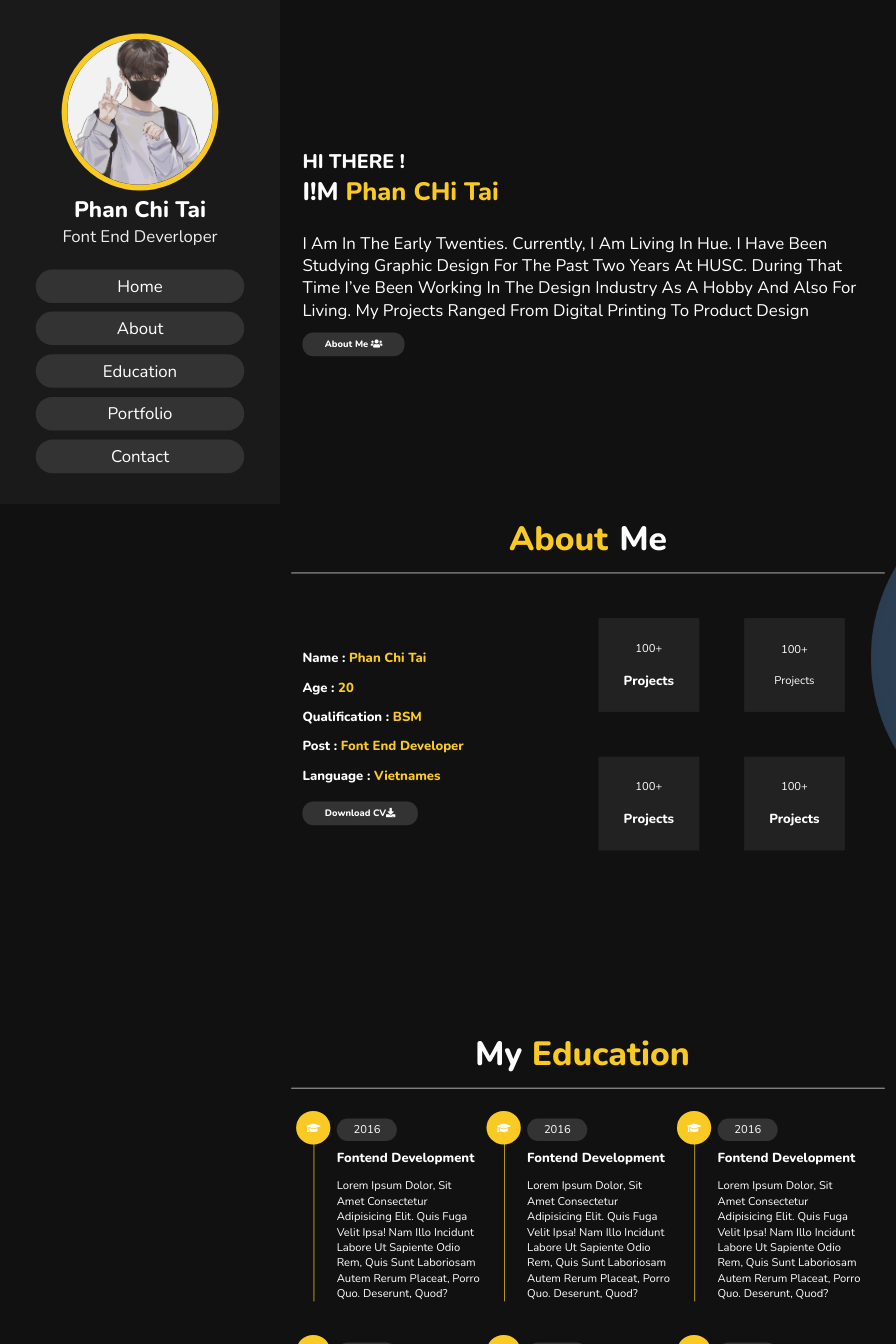
Repository: PCTai/My-profile
Page: index.html
An editor plug-in stored every save of this project. The page is shown before and after the next save, followed by the edit.
The browser window is 1280 px wide. The pictures show the part of the page from y = 0 to 1920 px (the page is 2979 px tall), at 70% of full size.

Above is the page before, as saved 2022-01-13 08:04:29.

### index.html
<!DOCTYPE html>
<html lang="en">
<head>
    <meta charset="UTF-8">
    <meta http-equiv="X-UA-Compatible" content="IE=edge">
    <meta name="viewport" content="width=device-width, initial-scale=1.0">
    <link rel="preconnect" href="https://fonts.googleapis.com">
    <link rel="preconnect" href="https://fonts.gstatic.com" crossorigin>
    <link href="https://fonts.googleapis.com/css2?family=Nunito:ital,wght@0,400;0,600;0,800;1,200;1,300&display=swap" rel="stylesheet">
    <link rel="stylesheet" href="./assets/font/fontawesome-free-5.15.3-web/css/all.css">

    <link rel="stylesheet" href="./assets/css/style.css">
    <link rel="stylesheet" href="./assets/css/reponsive.css">
    <title>Document</title>
</head>
<body>
    <span class="bg-layer"> </span>
    <!-- Header start -->
    <header>
        <div class="user">
            <img src="./assets/imgs/user.jpg" alt="">
            <h3 class="name">Phan Chi Tai</h3>
            <div class="post">Font End Deverloper</div>
        </div>
        <div class="navbar">
            <ul>
                <li><a href="#home">home</a></li>
                <li><a href="#about">About</a></li>
                <li><a href="#education">Education</a></li>
                <li><a href="#portfolio">Portfolio</a></li>
                <li><a href="#contact">Contact</a></li>
            </ul>
        </div>
    </header>
    <!-- Header end -->
    <div id="menu"class="fas fa-bars">
    </div>
    <!-- start home -->
    <section id="home" class="home">

        <h3>HI THERE !</h3>
        <h1>I!M <span>Phan CHi Tai</span></h1>
        <p>I am in the early twenties. Currently, I am living in Hue. I have been studying graphic design for the past two years at  HUSC. During that time I’ve been working in the design industry as a hobby and also for living. My projects ranged from digital printing to product design</p>
        <a href="#about"> <button class="btn">About me <i class="fas fa-users"></i></button></a>


    </section>
    <!-- end home -->
    <!-- start about -->
    <section id="about" class="about">
        <div class="heading"><h1><span>About</span>Me</h1></div>
        <div class="row">
            <div class="info">
                <h3>Name : <span>Phan Chi Tai</span></h3>
                <h3>Age : <span>20</span></h3>
                <h3>Qualification : <span>BSM</span></h3>
                <h3>Post : <span>Font End Developer</span></h3>
                <h3>Language : <span>Vietnames</span></h3>
                <a href="#about"> <button class="btn">Download CV<i class="fas fa-download"></i></button></a>
            </div>
            <div class="counter">
                <div class="box">
                    <span>100+</span>
                    <br>
                    <h3>projects</h3>
                </div>
                <div class="box">
                    <span>100+</span>
                    <br>
                    <p>projects</p>
                </div>
                <div class="box">
                    <span>100+</span>
                    <br>
                    <h3>projects</h3>
                </div>
                <div class="box">
                    <span>100+</span>
                    <br>
                    <h3>projects</h3>
                </div>
            </div>
        </div>
    </section>

    <!-- end about -->
    <!-- start education -->
    <section id="education" class="education">
        <div class="heading"><h1 >My <span>Education</span></h1></div>
        <div class="container-box">
            <div class="box-e">
                <i class="fas fa-graduation-cap"></i>
                <span>2016</span>
                <h3>Fontend development</h3>
                <p>Lorem ipsum dolor, sit amet consectetur adipisicing elit. Quis fuga velit ipsa! Nam illo incidunt labore ut sapiente odio rem, quis sunt laboriosam autem rerum placeat, porro quo. Deserunt, quod?</p>
            </div>
            <div class="box-e">
                <i class="fas fa-graduation-cap"></i>
                <span>2016</span>
                <h3>Fontend development</h3>
                <p>Lorem ipsum dolor, sit amet consectetur adipisicing elit. Quis fuga velit ipsa! Nam illo incidunt labore ut sapiente odio rem, quis sunt laboriosam autem rerum placeat, porro quo. Deserunt, quod?</p>
            </div>
            <div class="box-e">
                <i class="fas fa-graduation-cap"></i>
                <span>2016</span>
                <h3>Fontend development</h3>
                <p>Lorem ipsum dolor, sit amet consectetur adipisicing elit. Quis fuga velit ipsa! Nam illo incidunt labore ut sapiente odio rem, quis sunt laboriosam autem rerum placeat, porro quo. Deserunt, quod?</p>
            </div>
            <div class="box-e">
                <i class="fas fa-graduation-cap"></i>
                <span>2016</span>
                <h3>Fontend development</h3>
                <p>Lorem ipsum dolor, sit amet consectetur adipisicing elit. Quis fuga velit ipsa! Nam illo incidunt labore ut sapiente odio rem, quis sunt laboriosam autem rerum placeat, porro quo. Deserunt, quod?</p>
            </div>
            <div class="box-e">
                <i class="fas fa-graduation-cap"></i>
                <span>2016</span>
                <h3>Fontend development</h3>
                <p>Lorem ipsum dolor, sit amet consectetur adipisicing elit. Quis fuga velit ipsa! Nam illo incidunt labore ut sapiente odio rem, quis sunt laboriosam autem rerum placeat, porro quo. Deserunt, quod?</p>
            </div>
            <div class="box-e">
                <i class="fas fa-graduation-cap"></i>
                <span>2016</span>
                <h3>Fontend development</h3>
                <p>Lorem ipsum dolor, sit amet consectetur adipisicing elit. Quis fuga velit ipsa! Nam illo incidunt labore ut sapiente odio rem, quis sunt laboriosam autem rerum placeat, porro quo. Deserunt, quod?</p>
            </div>

        </div>
    </section>
    <!-- end education -->

    <!-- start portfolio -->
    <section id="portfolio" class="portfolio">
        <div class="heading"><h1 >My <span>Portfolio</span></h1></div>
        <div class="container-box">
            <div class="box-p">
                <img src="./assets/imgs/image1.jfif" alt="">
            </div>
            <div class="box-p">
                <img src="./assets/imgs/image2.jfif" alt="">
            </div>
            <div class="box-p">
                <img src="./assets/imgs/image3.png" alt="">
            </div>
            <div class="box-p">
                <img src="./assets/imgs/image4.png" alt="">
            </div>
            <div class="box-p">
                <img src="./assets/imgs/image5.jfif" alt="">
            </div>
            <div class="box-p">
                <img src="./assets/imgs/image6.jfif" alt="">
            </div>
        </div>
    </section>
    <!-- end portfolio -->

    <!-- scrolltop button -->
    <a href="#home" class="top-cr">
        <img src="./assets/imgs/roclet.png" alt="">
    </a>
    <script src="./app.js"></script>
</body>
</html>

### assets/css/style.css
:root{
    --yellow: #f9ca24;
}
*{
    font-family: 'Nunito', sans-serif;
    margin: 0;padding: 0;
    box-sizing: border-box;
    text-decoration: none;
    outline: none;border: none;
    text-transform: capitalize;
    transition: all .2s linear;
}
html{
    font-size: 62,5%;
    overflow: hidden;
    overscroll-behavior-y: auto;
    overflow: auto;
}
::selection{
    background-color: var(--yellow);
    color: #333;

}

html::-webkit-scrollbar{
    width: 1.4rem;
}
html::-webkit-scrollbar-track{
    background-color: #333;
}
html::-webkit-scrollbar-thumb{
    background-color: var(--yellow);
}
body{
    padding-left: 25rem;
    background: #111;
}
header{
    position: fixed;
    top: 0;
    left: 0;
    z-index: 1000;
    height: 100%;
    display: flex;
    flex-direction: column;
    justify-content: center;
    align-items: center;
    width: 25rem;
    background-color: #1a1a1a;
}

.user img{
    margin-top: 2rem;
    height: 14rem;
    width: 14rem;
    border-radius: 50%;
    object-fit: cover;
    border: 0.5rem solid var(--yellow);

}
header .user .name{
    text-align: center;
    font-size: 2rem;
    color: #fff;
}
header .user .post{
    text-align: center;
    font-size: 1.5rem;
    color: #eee;
}
header .navbar ul{
    margin-top: 1rem;
    list-style: none;
    padding: 1rem 3rem;
}
header .navbar ul li a:hover{
    background-color: var(--yellow);
}
header .navbar ul li a{
    display: block;
    padding: 0.5rem 6rem;
   margin-bottom: 0.8rem;
   background-color: #333;
   color: #fff;
   font-size: 1.5rem;
   border-radius: 5rem;
   text-align: center;
   cursor: pointer;
}
#menu:hover{
    color: var(--yellow);
}


#menu{
    position: fixed;
    z-index: 1000;
    top: 1rem;
    right: 1rem;
    color: #fff;
    padding: 1rem;
    background-color: #222;
    font-size: 2rem;
    cursor: pointer;
}
section{
    min-height: 100vh;
    padding: 1rem;
}
/* home */
.home{
    font-size: 1.5rem;
    color: #fff;
    display: flex;
    flex-direction: column;
    padding: 0 2rem;
    justify-content: center;
}
.btn:hover{
    background-color: var(--yellow);
    cursor: pointer;
}
.btn{
    padding: 0.5rem 2rem;
    border-radius: 1rem;
    margin-top: 1rem;
    font-weight: bold;
    background-color: #333;
    color: #fff;
}
.home span{
    color: var(--yellow);
    margin-bottom: 2rem;

}
.home h1{
    margin-bottom: 2rem;

}
/* about */
.about , .education,.portfolio{
    color: #fff;

}
.heading{
    font-size: 2rem;
    text-align: center;
    padding: 1rem;
    border-bottom: 0.1rem solid #eee;

}
.heading span{
    color: var(--yellow);
    padding-right: 1rem;
}
.info{
    flex: 1 1 45%;
    padding: 1rem;
    padding-left: 1rem;

}
.info span{
    color: var(--yellow);
}
.info h3{
    padding: 0.5rem 0;
}
.row{
    margin-top: 2rem;
    display: flex;
    justify-content: center;
    align-items: center;
    flex-wrap: wrap;

}
.counter{
    flex:1 1 55%;
    width: 55%;
    justify-content: center;
    display: flex;
    flex-wrap: wrap;

}
.box{
    background-color: #222;
    width: 7.5rem;
    padding: 2rem 0;
    text-align: center;
    margin: 0.5rem;
    display: flex;
    flex-direction: column;
    align-items: center;
    justify-content: center;

}

/* education */
.container-box{
    padding-left: 2rem;
    margin-top: 3rem;
    display: flex;
    flex-wrap: wrap;

}
.box-e{
    flex:33.33%;
    border-left: 0.1rem solid var(--yellow);
    padding: 0 2rem;
    margin-bottom: 4rem;
    position: relative;
}
.box-e span{
    height: 1rem;
    padding:  0.3rem 1.5rem;
    background-color: #333;
    border-radius: 3rem;
}
.box-e h3{
    margin: 1rem 0;
}
.box-e i{
    position: absolute;
    left: -1.6rem;
    top: -1rem;
    padding: 1rem 0.9rem;
    border-radius: 50%;
    background-color: var(--yellow);
    text-align: center;

}
/* portfolio */
.box-p{
    flex:33.33%;
    padding: 0 2rem;

}
.box-p img{
    width: 100%;
    height: 80%;
    border-radius: 1rem;
}
/* contact */
/* scroll top */
.top-cr{
    position: fixed;
    bottom: 1rem;
    right: 1rem;
    width: 20px;
    height: 20px;
    z-index: 1;
}

### assets/css/reponsive.css

@media (min-width:1200px){
    #menu{
        display: none;
    }
    .box{
        width: 15rem;
        margin: 2rem;
    }
    html{
        font-size: 100%;
    }
    .about{
        padding: 0 1rem;
    }

}
@media (min-width:1024px){
    #menu{
        display: none;
    }
    .box{
        width: 9rem;
    }
    header{
        left: 0% !important;
    }
    .box-p{
        flex:33.33%;
        padding: 0 2rem;

    }
}
@media (min-width:1024px) and (max-width:1125px){
    .box-e{
        flex:49%;
    }
    .box-p{
        flex:49%;
    }
}
@media (max-width:1024px){
    header{
        left: -125%;
    }
    body{
        padding: 0 2rem;
    }
    #menu{
        display: block;
    }
    .box{
        width: 9rem;
        margin: 1.5rem;
    }
}
@media (max-width:486px){

    section{
        width: 100%;
        font-size: 60%;
        padding: 2rem 0;
        margin: 0;
    }
    header{

        width: 100vw;
    }
    .toggle{
        left: -125% ;
    }
   .info,.counter{
        width: 100%;
   }
   .about{
       font-size: 80%;
   }
   .heading{
       font-size: 1.4rem;
   }
   .box{
    width: 100%;
    margin: 1rem 0;
    }
    .box-p{
        flex: 100% !important;
    }
}

@media (max-width:745px){
    .box-e{
        flex: 100%;
    }

}
@media (max-width:939px){
    .row{
        flex-direction: column;
    }
    .info,.counter{
        width: 100%;
   }
   .box-e{
        flex:49%;
    }
    .box-p{
        flex:49%;
    }
}

### app.js

var menu=document.getElementById('menu');
var header=document.querySelector('header');
menu.onclick=function(e){
    if(this.className=='fas fa-bars'){
        this.classList.remove('fa-bars');
        this.classList.add('fa-times');
        header.style='left:0%';
    }
    else{
        this.classList.remove('fa-times');
        this.classList.add('fa-bars');
        header.style='left:-125%';
    }
};
var section = document.querySelectorAll('section');
for(var i=0 ; i<section.length;i++){
    // console.log(section[i]);
    section[i].onclick =function(){
        if(WidthHTML<'1024'){
            header.style='left:-125%';
            menu.classList.remove('fa-times');
            menu.classList.add('fa-bars');
        }

    }

}
var WidthHTML=document.querySelector('html').offsetWidth;
var navbar = document.querySelectorAll('header .navbar ul li a');
for(var i=0 ; i<navbar.length;i++){
    // console.log(section[i]);
    navbar[i].onclick =function(){
        if(WidthHTML<'1024'){
            header.style='left:-125%';
            menu.classList.remove('fa-times');
            menu.classList.add('fa-bars');
        }

    }

}

Loaded but not shown: assets/font/fontawesome-free-5.15.3-web/css/all.css (library)

After the next save:
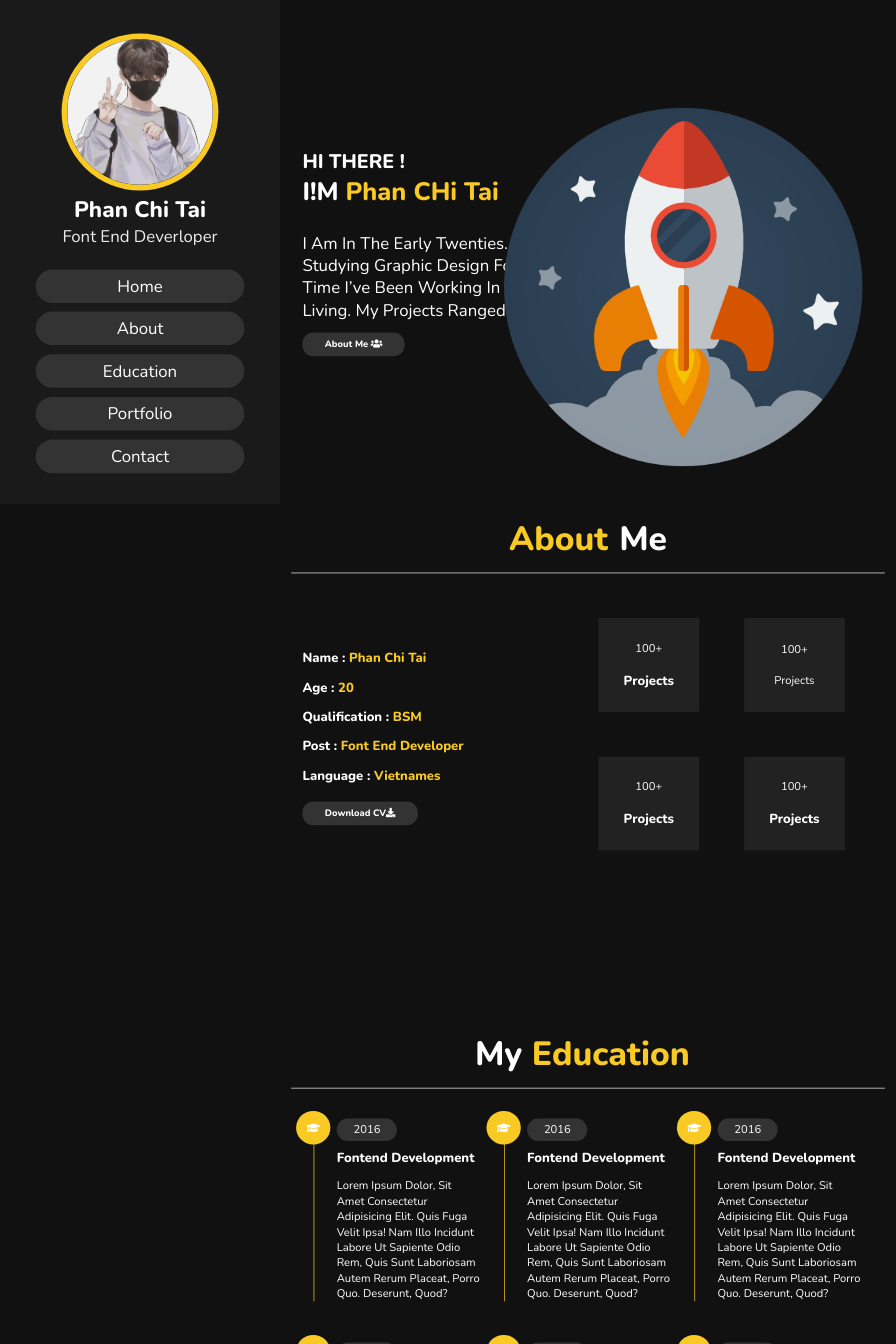
Saved 82 s later.
--- a/assets/css/style.css
+++ b/assets/css/style.css
@@ -245,7 +245,6 @@
     position: fixed;
     bottom: 1rem;
     right: 1rem;
-    width: 20px;
-    height: 20px;
+    padding: 2rem;
     z-index: 1;
 }

After the save that followed:
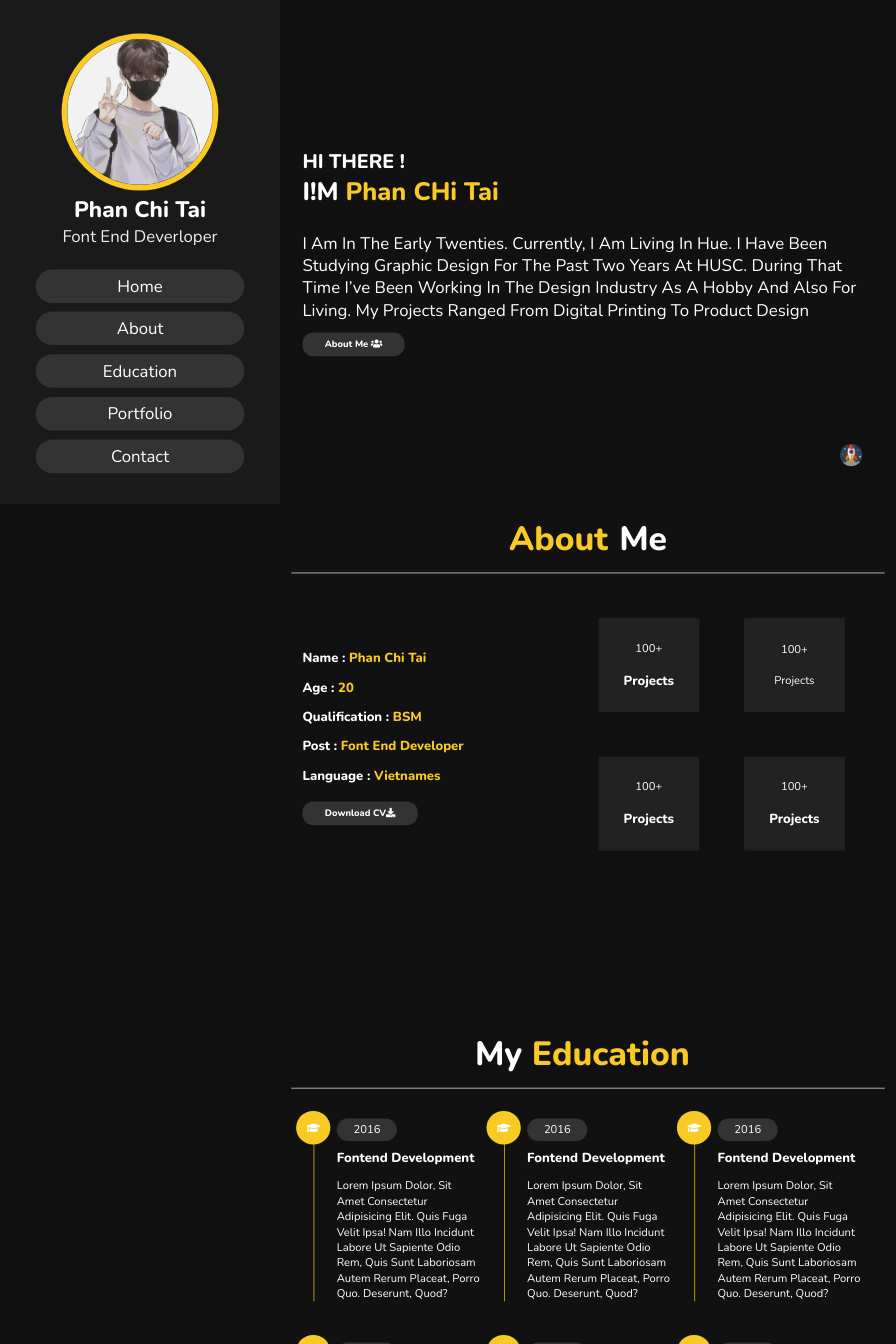
Saved 61 s later.
--- a/assets/css/style.css
+++ b/assets/css/style.css
@@ -247,4 +247,8 @@
     right: 1rem;
     padding: 2rem;
     z-index: 1;
-}
+
+}
+.top-cr img{
+    width: 2rem;
+}
